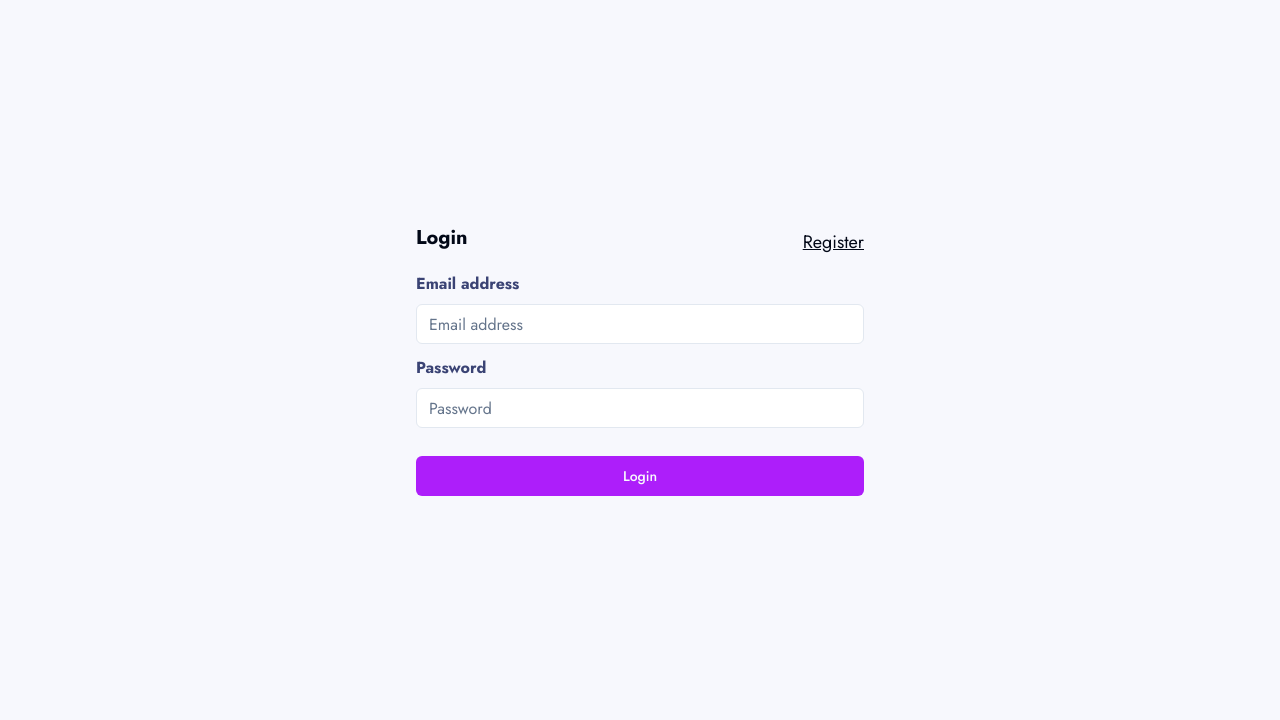
Repository: KornelJanczak/product-feedback-app
Page: /login
These files come from the project's save history. The page is drawn as it stood at one moment and after a run of saves; the edit follows.
The browser window is 1280 px wide. The pictures show the whole page.
The page's requests for data from a server got no answer. The project was rebuilt for these pictures with package versions that can differ from the ones it lists, and the page was loaded fresh each time. The framework's server and built-in components were replaced by stand-ins that run in the browser. No one was signed in, and anything a server would have sent is missing. Also part of the build but not shown: next.config.js, next.config.mjs.

Above is the page before, as saved 2024-01-28 19:43:43.

After the next 2 saves:
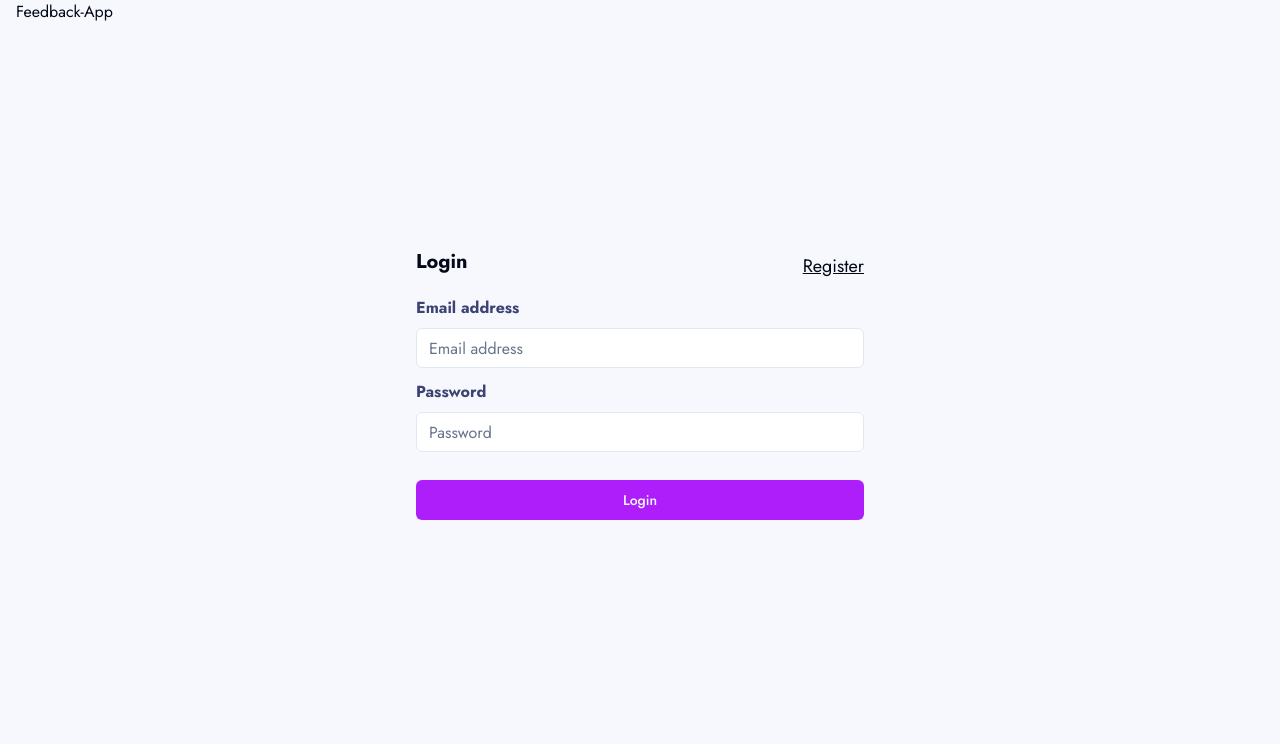
The 2 saves are shown as one change because they came seconds apart.
The last was saved 8 s later.
--- a/app/(auth)/layout.tsx
+++ b/app/(auth)/layout.tsx
@@ -4,7 +4,7 @@ export default function Layout({ children }: { children: ReactNode }) {
   return (
     <>
       <header className="container">
-        <h2></h2>
+        <h2>Feedback-App</h2>
       </header>
       {children}
     </>
